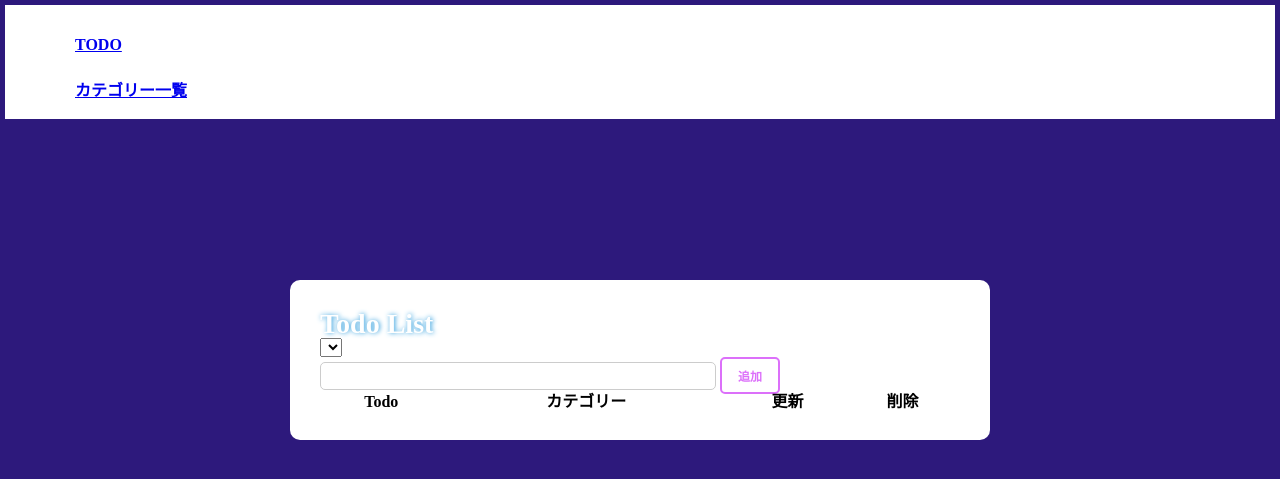
Repository: azuma2/cate
Page: http://localhost/
The author's editor kept a copy of each file at every save. The page is drawn from the files as they stood at one save, then again after the next save.
The browser window is 1280 px wide. The pictures show the whole page.
The page is served by the project's Laravel application, run on PHP 8.4 with Laravel 8. Queries for data that is not in the repository find no rows.

Above is the page before, as saved 2022-05-17 17:14:24.

After the next save:
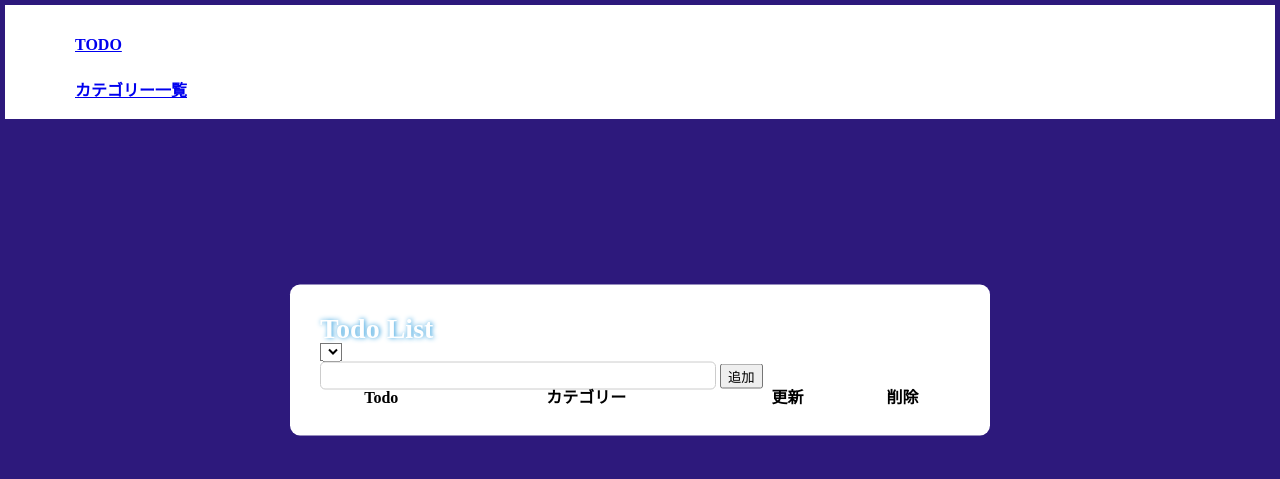
Saved 73 s later.
--- a/resources/views/index.blade.php
+++ b/resources/views/index.blade.php
@@ -147,7 +147,7 @@ ul{
         <form action="/todo/create" method="post">
             @csrf
           <input type="text" class="input-add" name="content">
-          <input class="button" type="submit" value="追加" />
+          <input class="button2" type="submit" value="追加" />
         </form>
           <div class="narabe">
         <table>

After the 3 saves that followed:
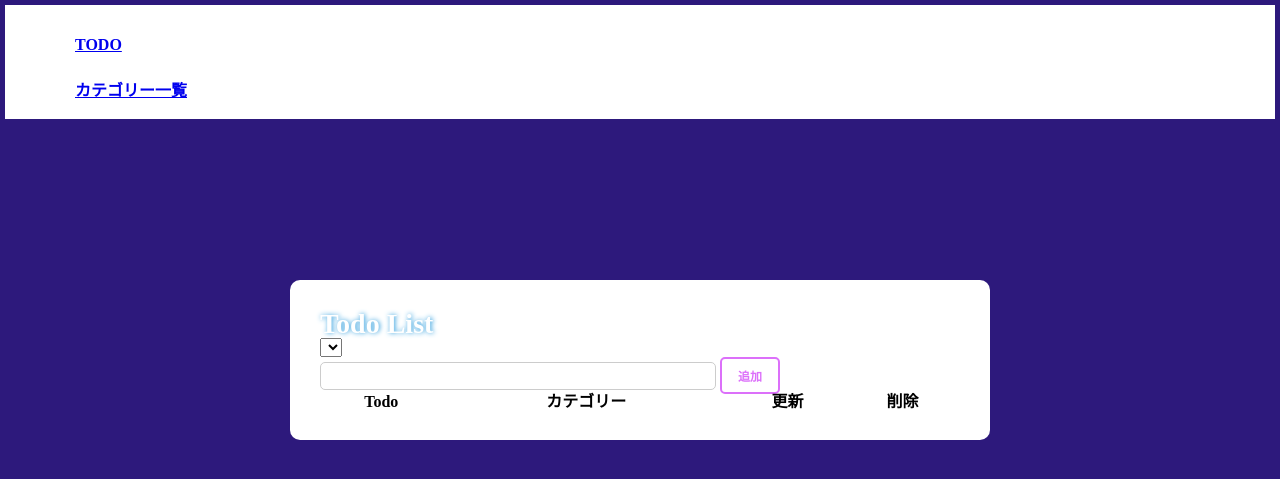
The 3 saves are shown as one change because they came seconds apart.
The last was saved 22 s later.
--- a/resources/views/index.blade.php
+++ b/resources/views/index.blade.php
@@ -109,6 +109,19 @@ ul{
     }
 .pulu{
 
+}
+    .button2 {
+    text-align: left;
+    border: 2px solid #dc70fa;
+    font-size: 12px;
+    color: #dc70fa;
+    background-color: #fff;
+    font-weight: bold;
+    padding: 8px 16px;
+    border-radius: 5px;
+    cursor: pointer;
+    transition: 0.4s;
+    outline: none;
 }
     </style>
   </head>
